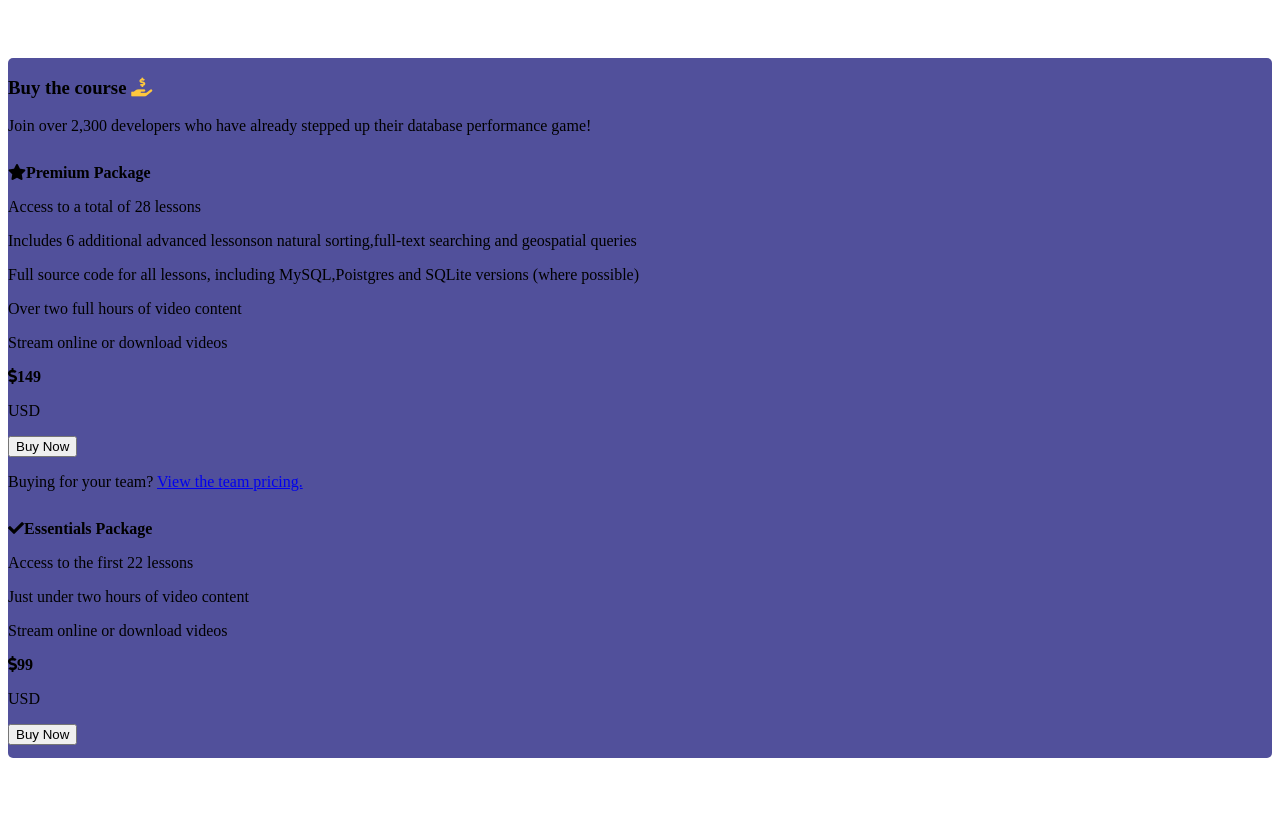
Repository: Z-ayat/Challenges
Page: Challenge 4/index.html
The author's editor kept a copy of each file at every save. The page is drawn from the files as they stood at one save, then again after the next save.
The browser window is 1280 px wide. The pictures show the whole page.

Above is the page before, as saved 2021-09-07 00:38:02.

After the next save:
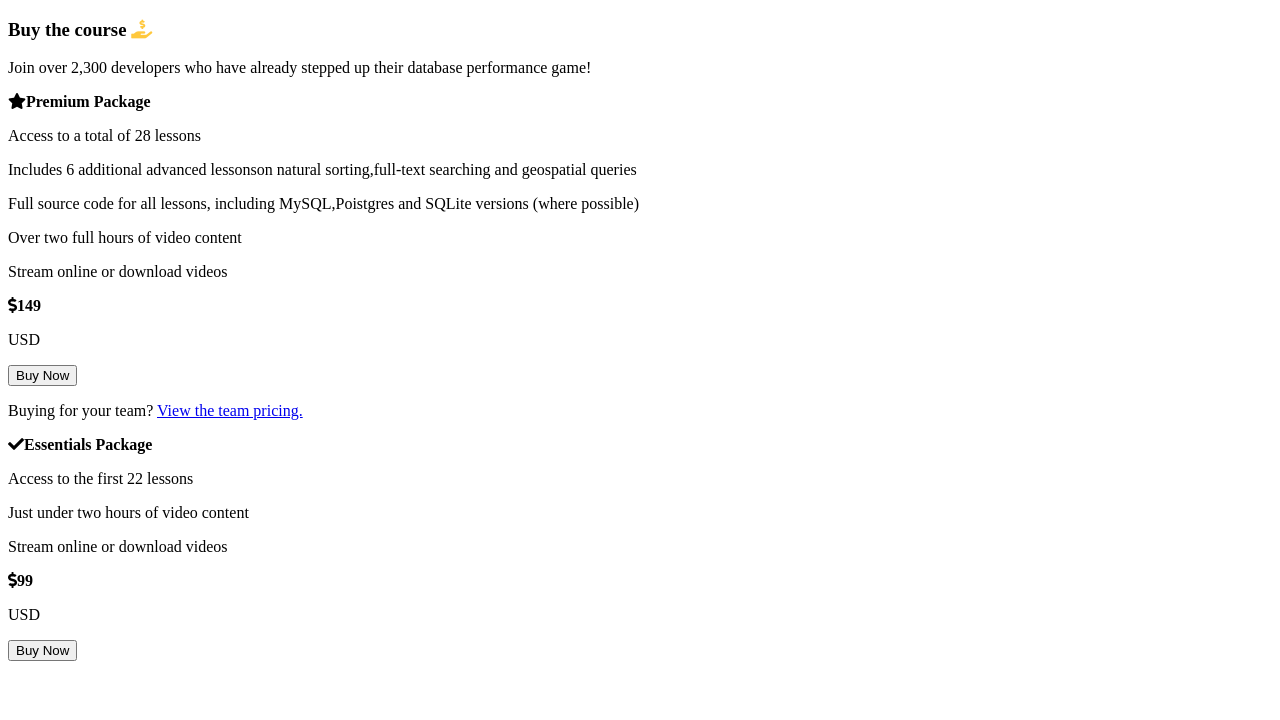
Saved 84 s later.
--- a/Challenge 4/index.html
+++ b/Challenge 4/index.html
@@ -9,28 +9,6 @@
     <link rel="preconnect" href="https://fonts.gstatic.com" crossorigin>
     <link href="https://fonts.googleapis.com/css2?family=Cairo:wght@400;600;700;900&display=swap" rel="stylesheet">
 </head>
-<style>
-    * {
-        box-sizing: border-box;
-    }
-
-    body {
-        position: relative;
-        height: 800px;
-    }
-
-    .container {
-        position: absolute;
-        top: 50%;
-        left: 50%;
-        transform: translate(-50%, -50%);
-        background-color: #51509B;
-        width: 100%;
-        height: 700px;
-        display: grid;
-        border-radius: 5px;
-    }
-</style>
 
 <body>
     <div class="container">
